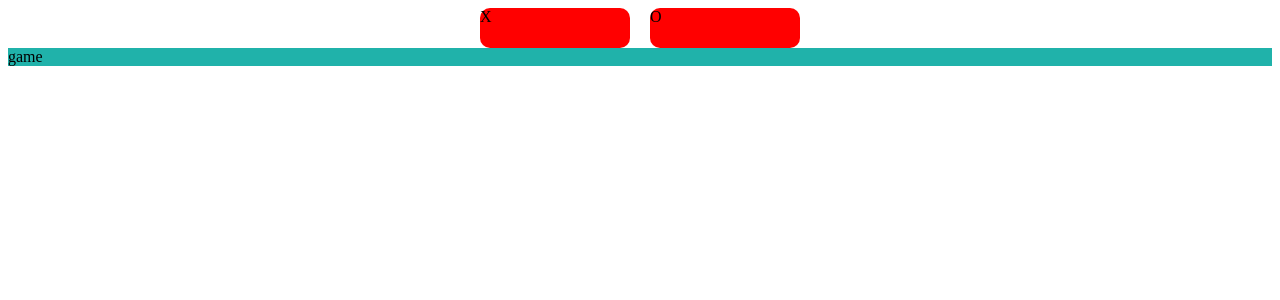
Repository: vahid242/viGame
Page: http://localhost/tic-tac-toe
The author's editor kept a record of every edit. The page is drawn from the files as they stood at one moment, then again after the next edit.
The browser window is 1280 px wide. The pictures show the whole page.
The page is served by the project's Node server (v1/app.js).

Above is the page before.

### v1/views/tic.ejs
<!DOCTYPE html>
<html>
    <head>
        <title>Page Title</title>
        <link rel="stylesheet" href="/tic.css">
    </head>
    <body>
        <div class="container">

            <div class="upside">
                <div class="choose">
                    <div id="xChose">X</div>
                    <div id="oChose">O</div>
                </div>
            </div>

            <div class="downside">
                <div>game</div>
            </div>
        </div>
    </body>
</html>

### v1/app.js
var express = require("express");
var app = express();

app.set("view engine", "ejs");
app.use(express.static("public"));

app.get("/", function(req, res){
    res.render("home");
});

app.get("/tic-tac-toe", function(req, res){
    res.render("tic");
});

app.listen(process.env.PORT, process.env.IP, function(){
    console.log("The server has started");
});

### v1/public/tic.css
/*body{*/

/*}*/

.choose{
    display: flex;
    justify-content: center;
}

#xChose{
    background-color: red;
    width: 150px;
    height: 40px;
    border-radius: 10px;
    margin: 0 10px;
}
#oChose{
    background-color: red;
    width: 150px;
    height: 40px;
    border-radius: 10px;
    margin: 0 10px;
}
.downside{
    background-color:#20B2AA;
    margin-bottom: 0;
}

After the next edit:
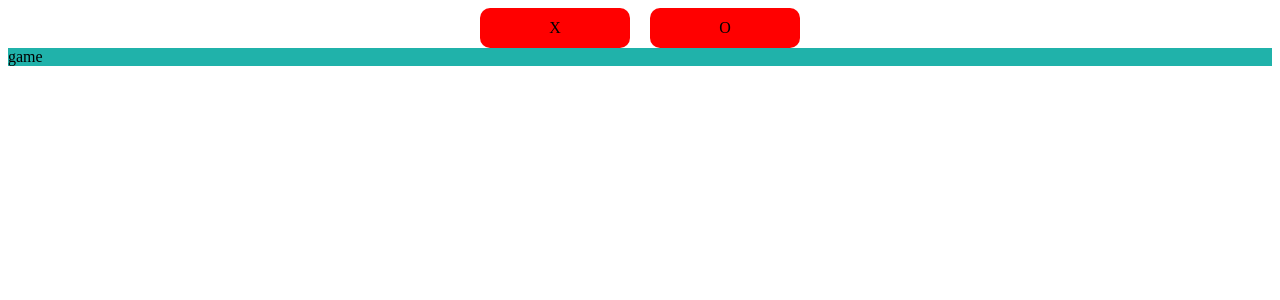
The edit:
--- a/v1/public/tic.css
+++ b/v1/public/tic.css
@@ -5,6 +5,8 @@
 .choose{
     display: flex;
     justify-content: center;
+    text-align: center;
+    line-height:40px;
 }
 
 #xChose{
